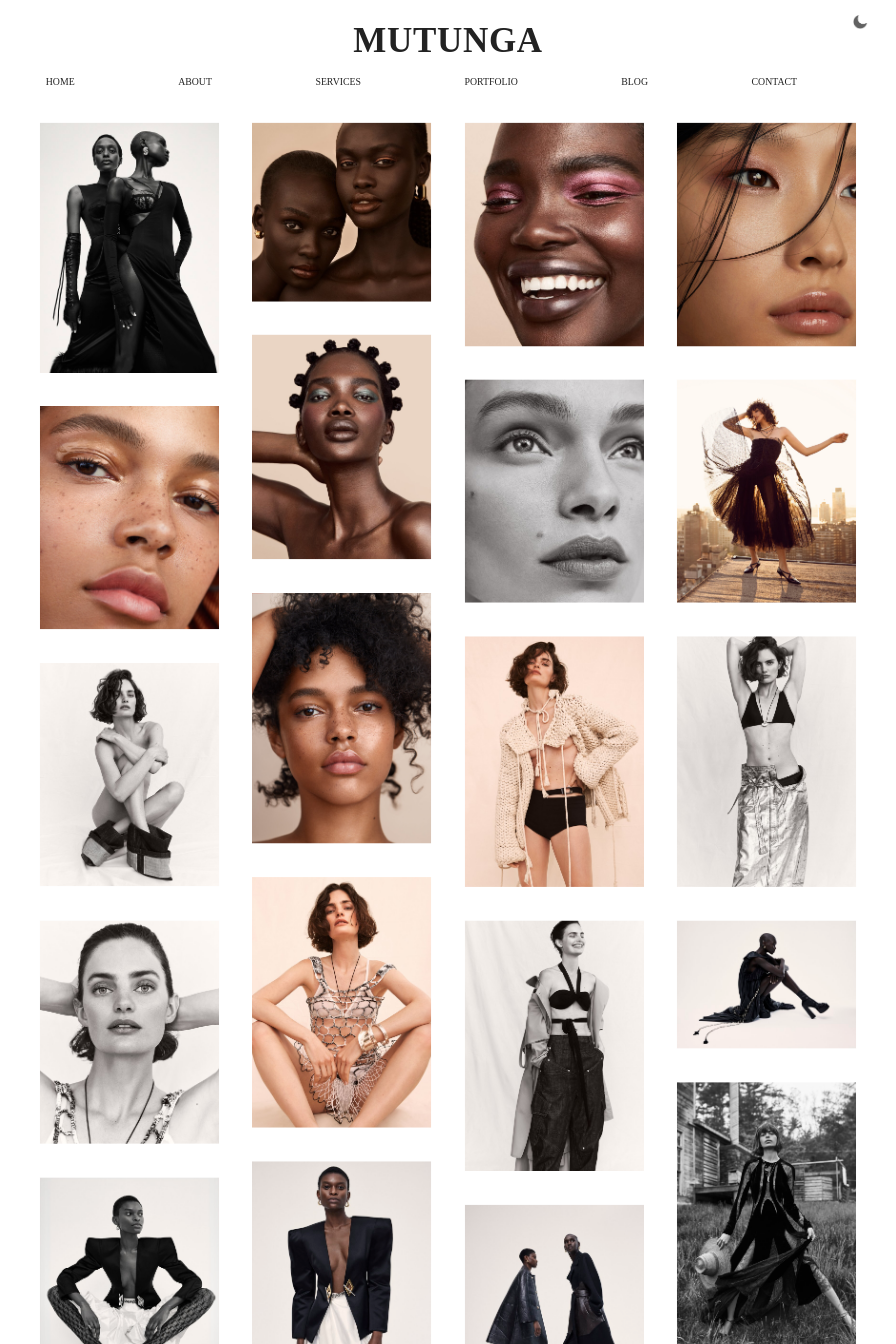
Repository: Jonar254/mutunga-concept-01
Page: index.html
These files come from the project's save history. The page is drawn as it stood at one moment and after the next save; the edit follows.
The browser window is 1280 px wide. The pictures show the part of the page from y = 0 to 1920 px (the page is 5074 px tall), at 70% of full size.
Some web fonts or font styles are not loaded; a fallback is used.

Above is the page before, as saved 2024-07-10 21:50:31.

After the next save:
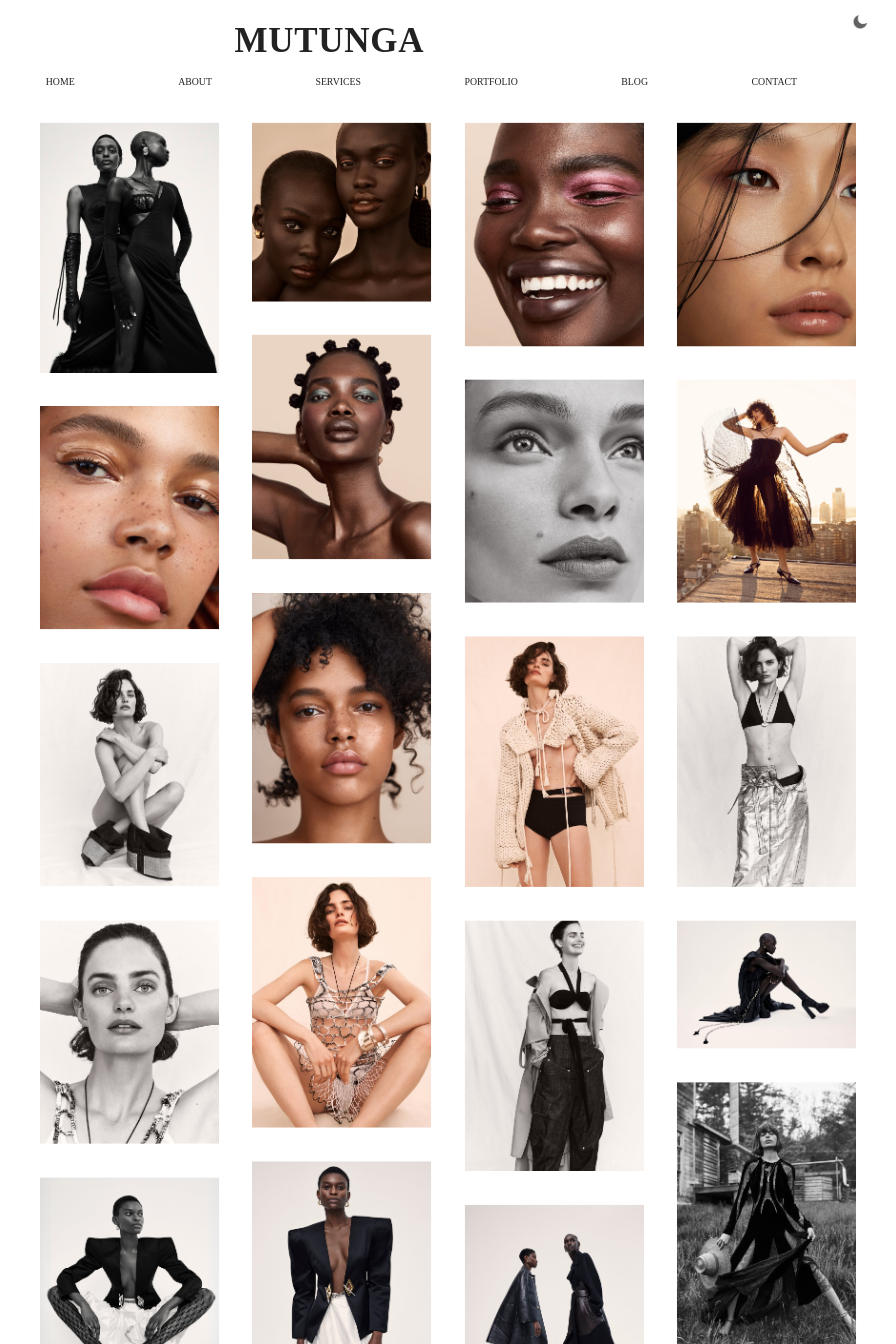
Saved 115 s later.
--- a/index.html
+++ b/index.html
@@ -64,7 +64,7 @@
         <header id="header" class="header-section">
             <div class="container-fluid">
                 <div class="row d-flex flex-column align-items-center">
-                    <div class="col-12 text-center pt-lg-4">
+                    <div class="col-lg-6 col-md-12 text-center text-lg-left pt-lg-4">
                         <div class="site-branding">
                             <a href="index.html"><h2 class="site-title">MUTUNGA</h2></a>
                         </div>
